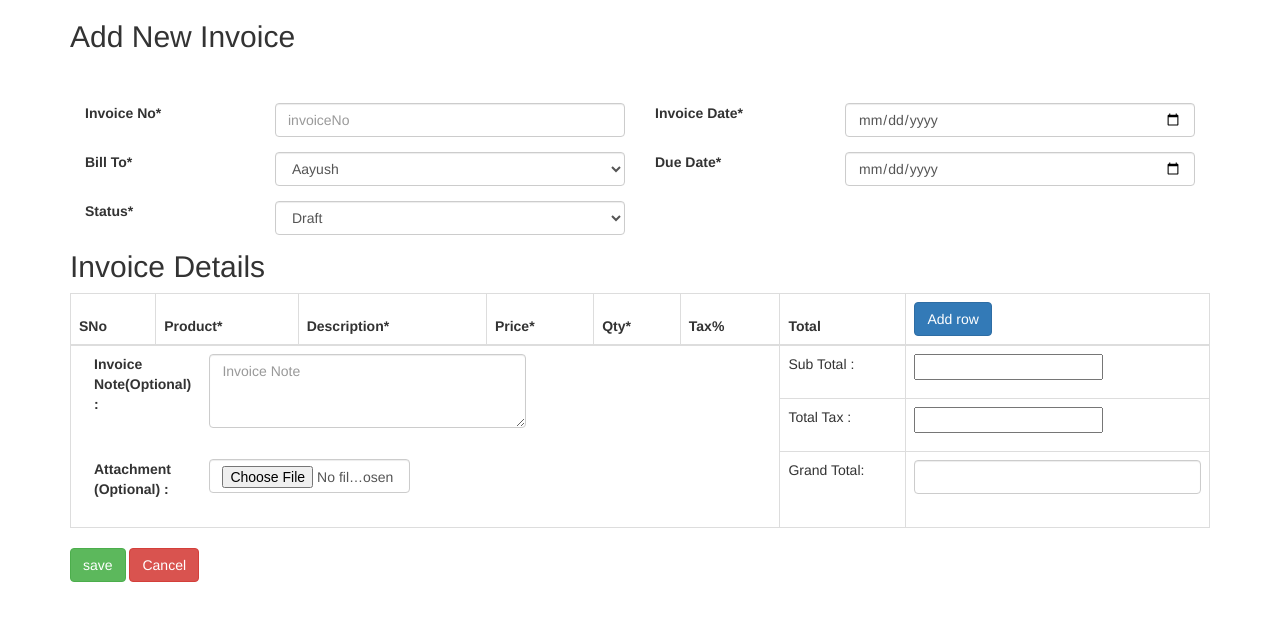
Repository: Aayush13013/Invoice_Management_app
Page: http://localhost/invoiceInfo/WEB-INF/jsp/new_invoiceInfo.jsp
The author's editor kept a copy of each file at every save. The page is drawn from the files as they stood at one save, then again after the next save.
The browser window is 1280 px wide. The pictures show the whole page.
The page is served by Tomcat 9. Nobody is signed in. The template is opened directly, without the code that normally fills it, so the values that code supplies are empty.

Above is the page before, as saved 2021-12-28 11:13:20.

After the next save:
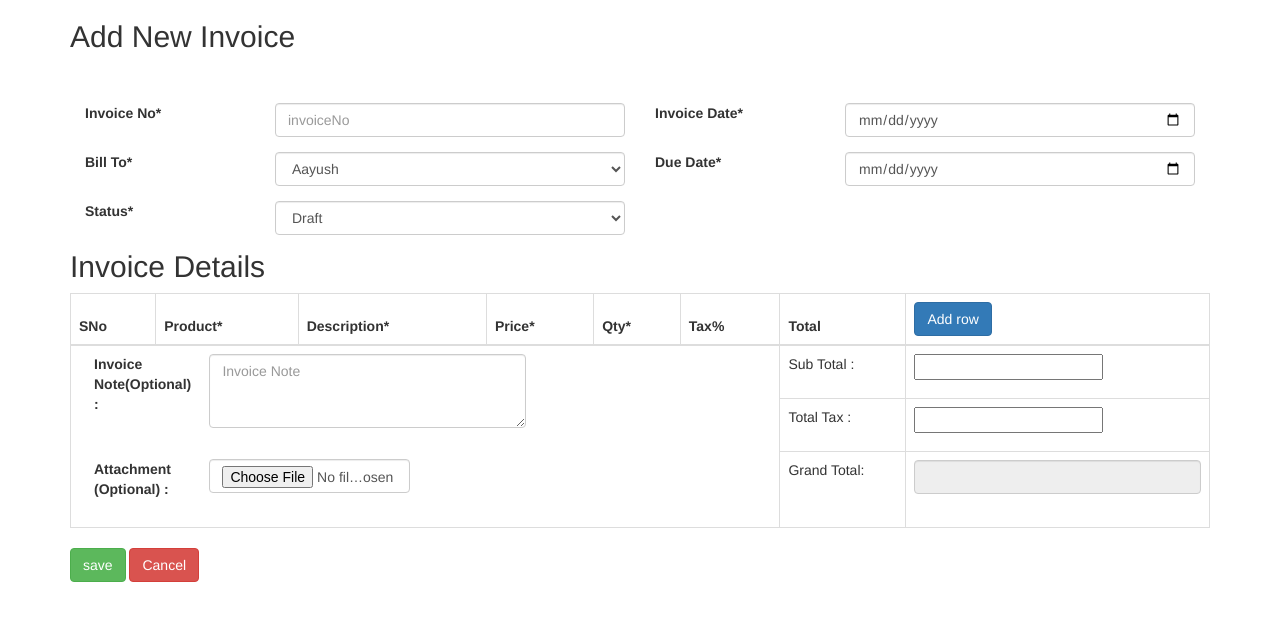
Saved 6 s later.
--- a/invoiceInfo/invoiceInfo/src/main/webapp/WEB-INF/jsp/new_invoiceInfo.jsp
+++ b/invoiceInfo/invoiceInfo/src/main/webapp/WEB-INF/jsp/new_invoiceInfo.jsp
@@ -148,7 +148,7 @@
 						</td>
 						<td>Grand Total:</td>
 						<td><input type="text" path="grandTotal" name="grandTotal"
-							id="grandTotal" class="form-control col-4 mb-4" /></td>
+							id="grandTotal" class="form-control col-4 mb-4" readonly/></td>
 					</tr>
 
 				</table>
